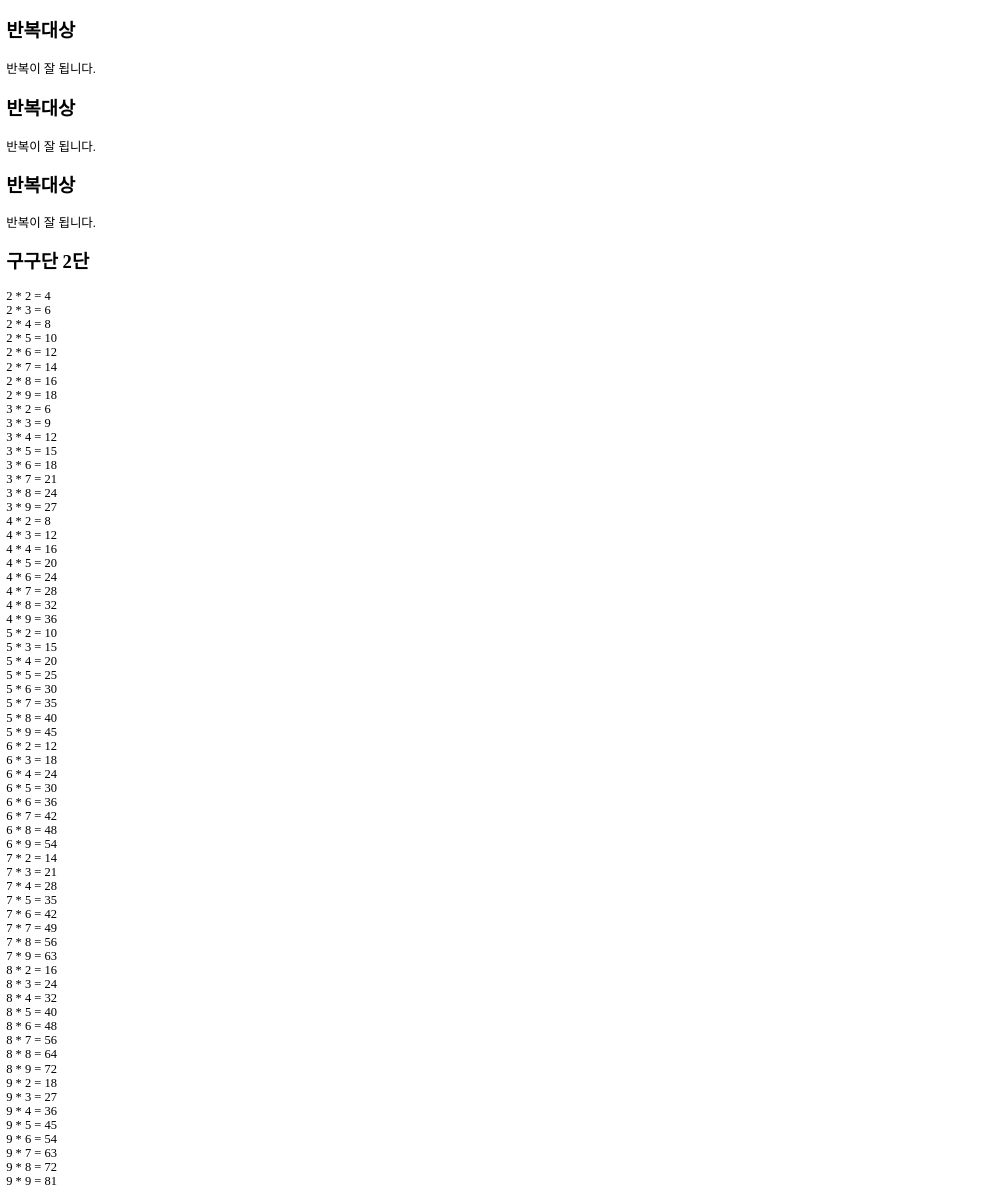
Repository: eyonghwan/jsp_practice
Page: http://localhost/JSPBasic/JspTag/Scriptlet.jsp
The author's editor kept a copy of each file at every save. The page is drawn from the files as they stood at one save, then again after the next save.
The browser window is 1280 px wide. The pictures show the whole page, at 78% of full size.
The page is served by Tomcat 9.

Above is the page before, as saved 2022-01-28 08:39:12.

After the next save:
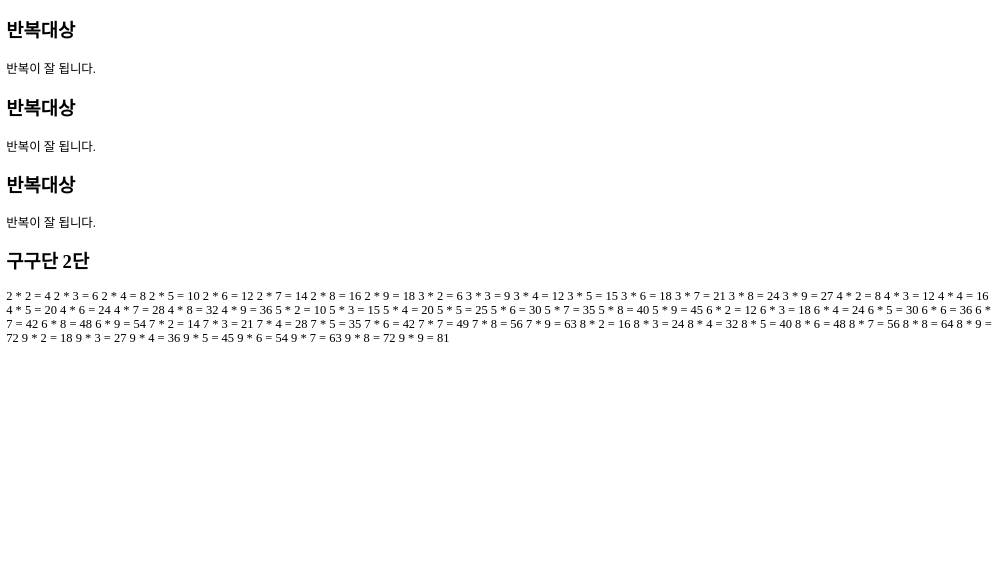
Saved 49 s later.
--- a/JSPBasic/src/main/webapp/JspTag/Scriptlet.jsp
+++ b/JSPBasic/src/main/webapp/JspTag/Scriptlet.jsp
@@ -23,8 +23,8 @@
 	<h2>구구단 2단</h2>
 	<% for(int i = 2; i < 10; i++) {
 		for(int j = 2; j <10; j++) {
-		out.println(i + " * " + j + " = " + i*j); %>
-	<br/>
-	<% } } %>
+		out.println(i + " * " + j + " = " + i*j);
+		}
+	} %>
 </body>
 </html>

After the 2 saves that followed:
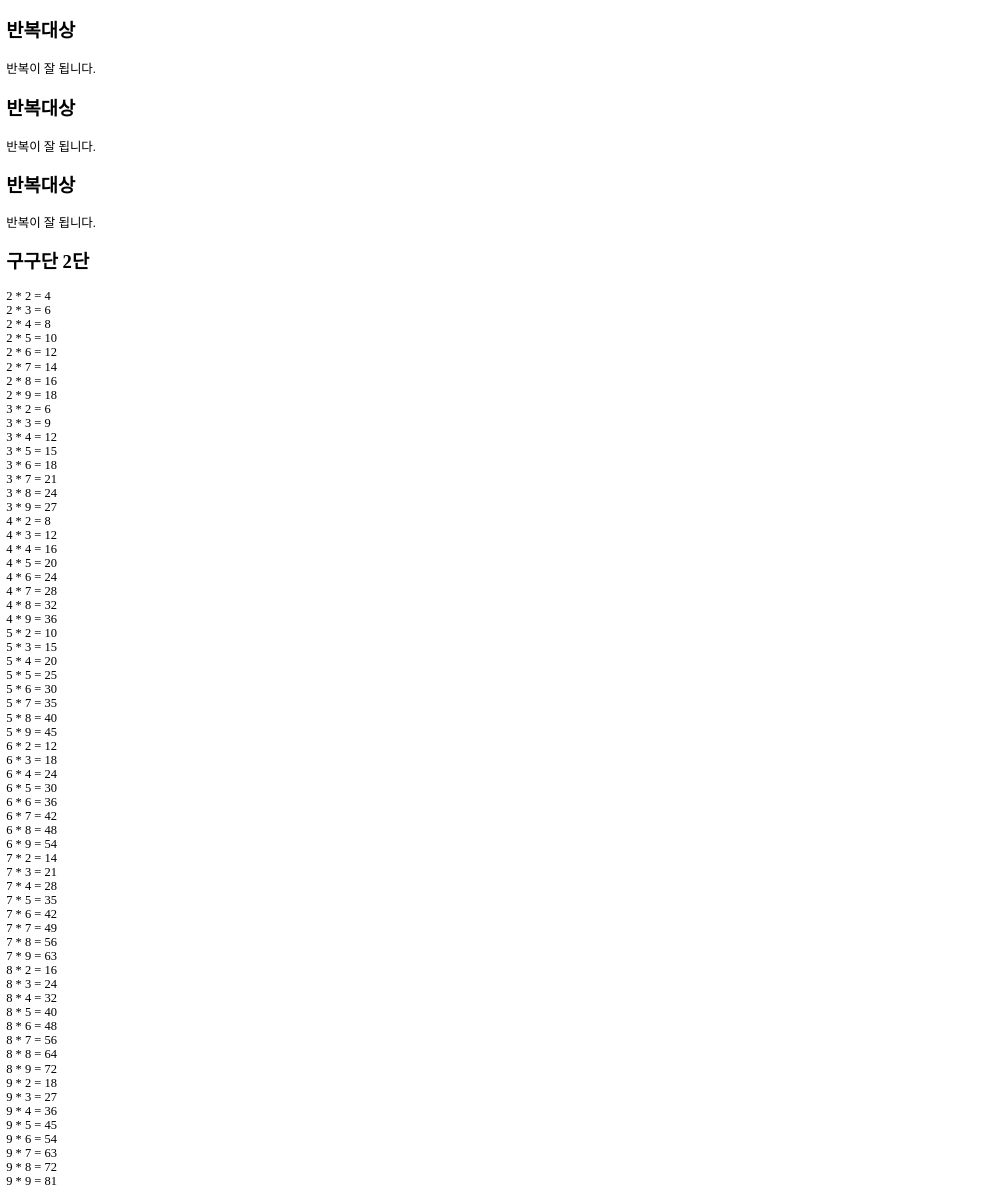
The 2 saves are shown as one change because 1 did not build or start.
The last was saved 17 s later.
--- a/JSPBasic/src/main/webapp/JspTag/Scriptlet.jsp
+++ b/JSPBasic/src/main/webapp/JspTag/Scriptlet.jsp
@@ -23,7 +23,7 @@
 	<h2>구구단 2단</h2>
 	<% for(int i = 2; i < 10; i++) {
 		for(int j = 2; j <10; j++) {
-		out.println(i + " * " + j + " = " + i*j);
+		out.println(i + " * " + j + " = " + i*j + "<br/>");
 		}
 	} %>
 </body>
